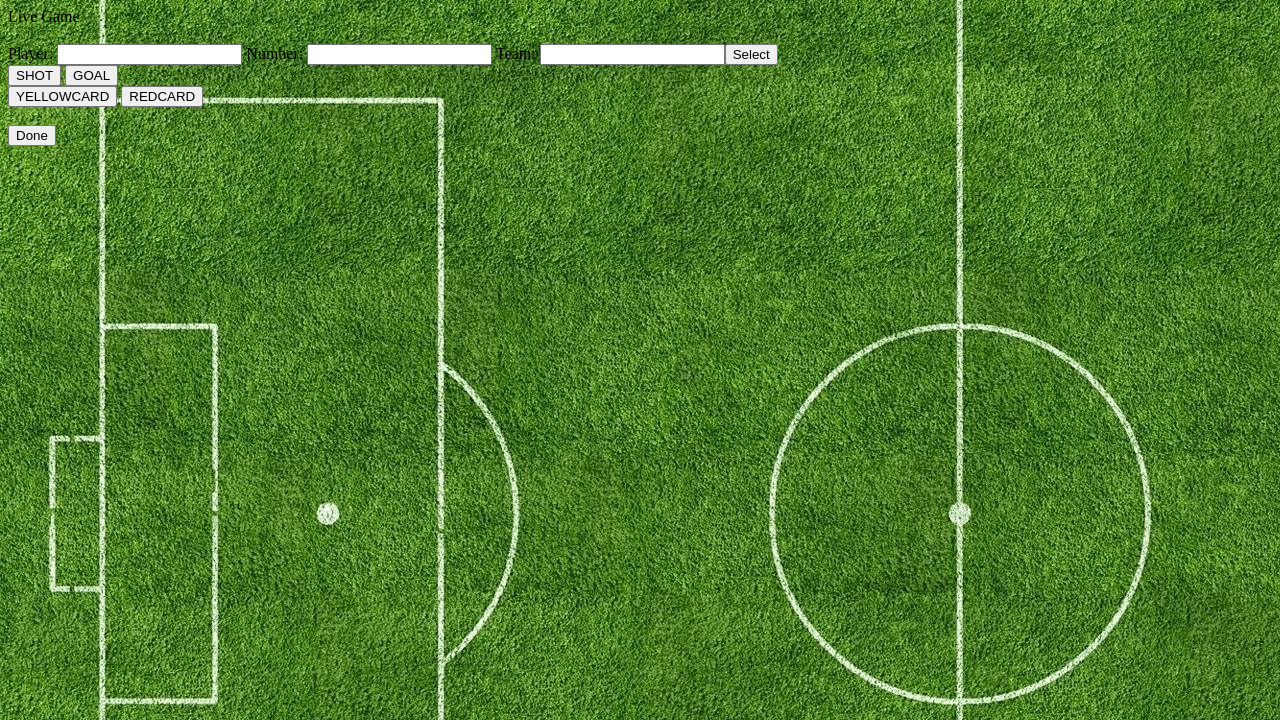
Repository: FredGlozman/SwiftScore
Page: SwiftScore/LiveScoreKeeping.html
These files come from the project's save history. The page is drawn as it stood at one moment and after the next save; the edit follows.
The browser window is 1280 px wide. The pictures show the whole page.

Above is the page before, as saved 2015-12-02 22:26:43.

### SwiftScore/LiveScoreKeeping.html
<html>
<head>
<title>Live Score Keeping</title>
</head>
<body background="soccer.jpg">
<form action="LiveScoreKeeping.php" method = "post" >
Live Game
<br><br>
Player: <input type="text" name="player"> Number: <input type="text" name="number" > Team: <input type="text" name="number" ><input type= "submit" value= "Select">
 <br>
  <input type= "submit" name= "action" value= "SHOT">
  <input type= "submit" name= "action" value= "GOAL">
 <br>
  <input type= "submit" name= "action" value= "YELLOWCARD">
  <input type= "submit" name= "action" value= "REDCARD">
   <br> <br>
<input type= "submit" name= "action" value= "Done">
</form>
</body>
</html>

After the next save:
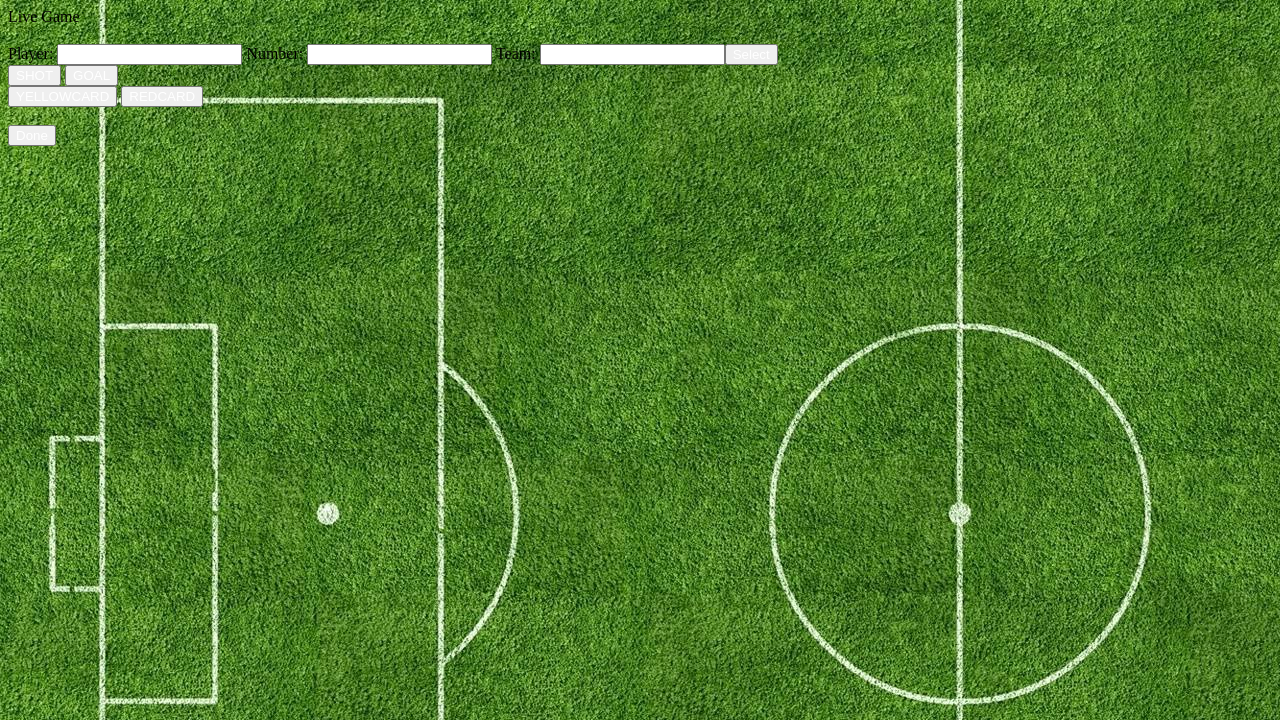
Saved 2 min 16 s later.
--- a/SwiftScore/LiveScoreKeeping.html
+++ b/SwiftScore/LiveScoreKeeping.html
@@ -1,4 +1,9 @@
 <html>
+<style>
+p, input {
+	color: white;
+}
+</style>
 <head>
 <title>Live Score Keeping</title>
 </head>
